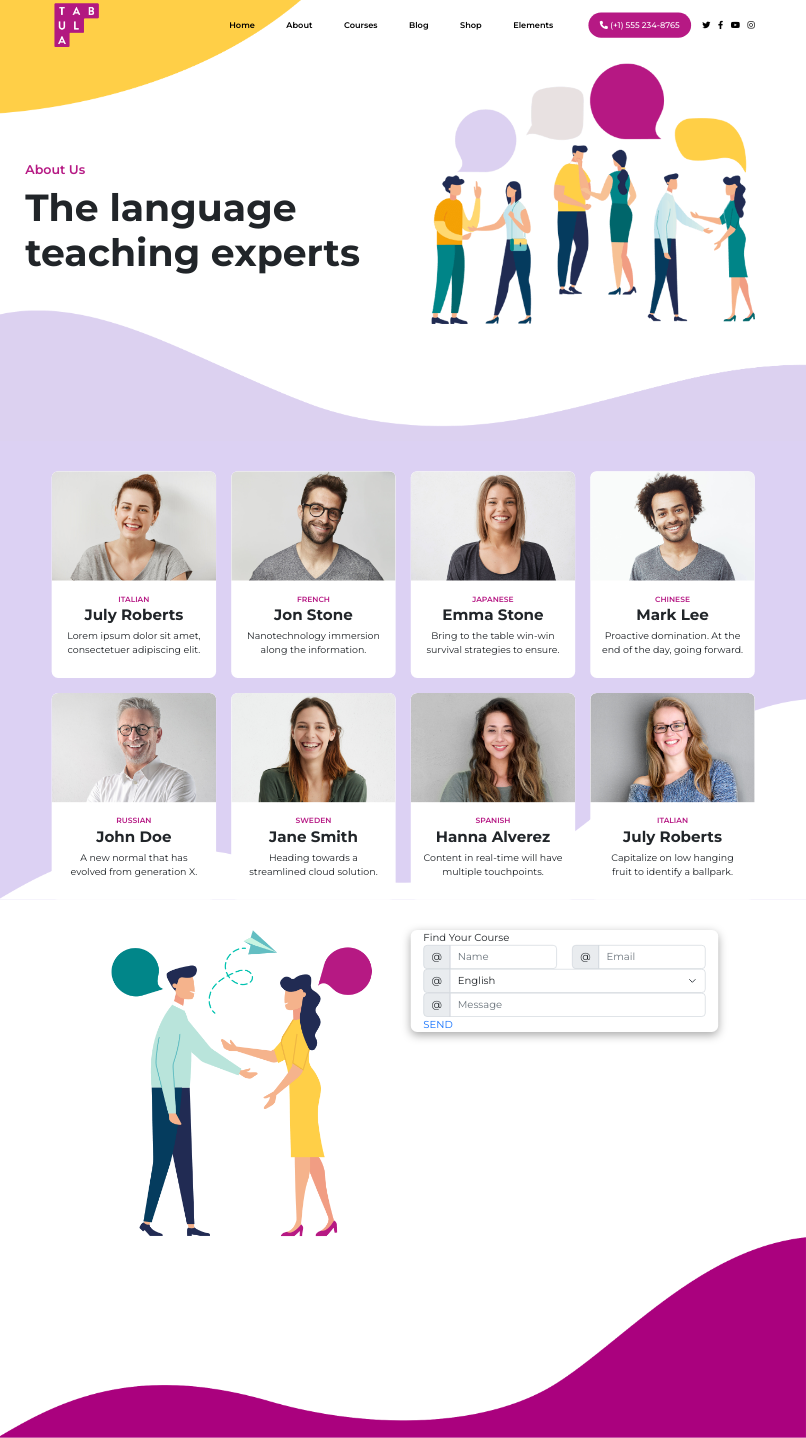
Repository: minhtrivu6199/tabula
Page: index.html
These files come from the project's save history. The page is drawn as it stood at one moment and after the next save; the edit follows.
The browser window is 1280 px wide. The pictures show the whole page, at 63% of full size.
Some web libraries are served in a nearby version. The style sheet was rebuilt from its Sass, Less or Tailwind sources for each picture, by a compiler version that may differ from the author's.

Above is the page before, as saved 2022-09-28 10:46:40.

### index.html
<!DOCTYPE html>
<html lang="en">
  <head>
    <title>Tabula</title>
    <link rel="shortcut icon" href="img/crest.png" type="image/x-icon" />
    <!-- Required meta tags -->
    <meta charset="utf-8" />
    <meta
      name="viewport"
      content="width=device-width, initial-scale=1, shrink-to-fit=no"
    />

    <!-- Font -->
    <link rel="preconnect" href="https://fonts.googleapis.com" />
    <link rel="preconnect" href="https://fonts.gstatic.com" crossorigin />
    <link
      href="https://fonts.googleapis.com/css2?family=Montserrat:wght@300;400;500;600;700&display=swap"
      rel="stylesheet"
    />

    <!-- Bootstrap CSS v5.2.0-beta1 -->
    <link
      rel="stylesheet"
      href="https://cdn.jsdelivr.net/npm/bootstrap@5.2.0/dist/css/bootstrap.min.css"
      integrity="sha384-gH2yIJqKdNHPEq0n4Mqa/HGKIhSkIHeL5AyhkYV8i59U5AR6csBvApHHNl/vI1Bx"
      crossorigin="anonymous"
    />

    <!-- FontAwesome 6.1.1 CSS -->
    <link
      rel="stylesheet"
      href="https://cdnjs.cloudflare.com/ajax/libs/font-awesome/6.1.1/css/all.min.css"
      integrity="sha512-KfkfwYDsLkIlwQp6LFnl8zNdLGxu9YAA1QvwINks4PhcElQSvqcyVLLD9aMhXd13uQjoXtEKNosOWaZqXgel0g=="
      crossorigin="anonymous"
      referrerpolicy="no-referrer"
    />

    <!-- CSS -->
    <link rel="stylesheet" href="./css/style.min.css" />
  </head>

  <body>
    <!-- HEADER -->
    <header class="header">
      <nav class="navbar navbar-expand-lg navbar-fixed-top bg-transparent p-0">
        <div class="container">
          <div class="header-left">
            <a href="" class="navbar-brand logo">
              <img src="./img/crest.png" alt="" />
            </a>
          </div>
          <div class="header-right">
            <div class="header-menu d-xs-none">
              <ul class="navbar-nav menu">
                <li class="nav-item">
                  <a href="" class="nav-link"> Home </a>
                </li>
                <li class="nav-item">
                  <a href="" class="nav-link"> About </a>
                </li>
                <li class="nav-item">
                  <a href="" class="nav-link"> Courses </a>
                </li>
                <li class="nav-item">
                  <a href="" class="nav-link"> Blog </a>
                </li>
                <li class="nav-item">
                  <a href="" class="nav-link"> Shop </a>
                </li>
                <li class="nav-item">
                  <a href="" class="nav-link"> Elements </a>
                </li>
              </ul>
            </div>
            <div class="header-right-inner">
              <div class="header-btn">
                <a href="" class="btn-default">
                  <span class="btnWidgetIcon">
                    <i class="fa fa-phone"></i>
                  </span>
                  <span class="btnWidgetText"> (+1) 555 234-8765 </span>
                </a>
              </div>
              <a href="" class="iconWidget">
                <div class="btnWidgetIcon">
                  <i class="fab fa-twitter"></i>
                </div>
              </a>
              <a href="" class="iconWidget">
                <div class="btnWidgetIcon">
                  <i class="fab fa-facebook-f"></i>
                </div>
              </a>
              <a href="" class="iconWidget">
                <div class="btnWidgetIcon">
                  <i class="fab fa-youtube"></i>
                </div>
              </a>
              <a href="" class="iconWidget">
                <div class="btnWidgetIcon">
                  <i class="fab fa-instagram"></i>
                </div>
              </a>
            </div>
          </div>
        </div>
      </nav>
    </header>
    <!-- END HEADER -->

    <!-- CONTENT WRAP -->
    <section class="contentWrap">
      <div class="contentHolder">
        <div class="contentPort">
          <div class="cell">
            <div class="cell-inner">
              <div class="row">
                <div class="col-6">
                  <div class="col-content">
                    <span class="subtitle"> About Us </span>
                    <h1 class="title">The language teaching experts</h1>
                  </div>
                </div>
                <div class="col-6">
                  <div class="col-content">
                    <div class="col-thumb">
                      <img src="./img/hero_team.png" alt="" />
                    </div>
                  </div>
                </div>
              </div>
            </div>
          </div>
        </div>
        <div class="top-img">
          <img src="./img/yellow_top_wave_01.png" alt="" />
        </div>
        <div class="bottom-img">
          <img src="./img/Violet_top_left_wave.png" alt="" />
        </div>
      </div>
    </section>
    <!-- END CONTENTWRAP -->

    <!-- CARD -->
    <section class="groupCard">
      <div class="container pt-5">
        <div class="row">
          <div class="col-lg-3 col-md-6 col-sm-6 col-12">
            <div class="card">
              <div class="card-img">
                <img src="./img/teacher_1.jpg" alt="" />
              </div>
              <div class="card-body">
                <div class="card-text">
                  <span class="subtitle"> italian </span>
                  <h3 class="teacherName">July Roberts</h3>
                  <p class="text">
                    Lorem ipsum dolor sit amet, consectetuer adipiscing elit.
                  </p>
                </div>
              </div>
            </div>
          </div>
          <div class="col-lg-3 col-md-6 col-sm-6 col-12">
            <div class="card">
              <div class="card-img">
                <img src="./img/teacher_2.jpg" alt="" />
              </div>
              <div class="card-body">
                <div class="card-text">
                  <span class="subtitle"> FRENCH </span>
                  <h3 class="teacherName">Jon Stone</h3>
                  <p class="text">
                    Nanotechnology immersion along the information.
                  </p>
                </div>
              </div>
            </div>
          </div>
          <div class="col-lg-3 col-md-6 col-sm-6 col-12">
            <div class="card">
              <div class="card-img">
                <img src="./img/teacher_3.jpg" alt="" />
              </div>
              <div class="card-body">
                <div class="card-text">
                  <span class="subtitle"> JAPANESE </span>
                  <h3 class="teacherName">Emma Stone</h3>
                  <p class="text">
                    Bring to the table win-win survival strategies to ensure.
                  </p>
                </div>
              </div>
            </div>
          </div>
          <div class="col-lg-3 col-md-6 col-sm-6 col-12">
            <div class="card">
              <div class="card-img">
                <img src="./img/teacher_4.jpg" alt="" />
              </div>
              <div class="card-body">
                <div class="card-text">
                  <span class="subtitle"> CHINESE </span>
                  <h3 class="teacherName">Mark Lee</h3>
                  <p class="text">
                    Proactive domination. At the end of the day, going forward.
                  </p>
                </div>
              </div>
            </div>
          </div>
        </div>
        <div class="row pt-4">
          <div class="col-lg-3 col-md-6 col-sm-6 col-12">
            <div class="card">
              <div class="card-img">
                <img src="./img/teacher_5.jpg" alt="" />
              </div>
              <div class="card-body">
                <div class="card-text">
                  <span class="subtitle"> RUSSIAN </span>
                  <h3 class="teacherName">John Doe</h3>
                  <p class="text">
                    A new normal that has evolved from generation X.
                  </p>
                </div>
              </div>
            </div>
          </div>
          <div class="col-lg-3 col-md-6 col-sm-6 col-12">
            <div class="card">
              <div class="card-img">
                <img src="./img/teacher_6.jpg" alt="" />
              </div>
              <div class="card-body">
                <div class="card-text">
                  <span class="subtitle"> SWEDEN </span>
                  <h3 class="teacherName">Jane Smith</h3>
                  <p class="text">
                    Heading towards a streamlined cloud solution.
                  </p>
                </div>
              </div>
            </div>
          </div>
          <div class="col-lg-3 col-md-6 col-sm-6 col-12">
            <div class="card">
              <div class="card-img">
                <img src="./img/teacher_7.jpg" alt="" />
              </div>
              <div class="card-body">
                <div class="card-text">
                  <span class="subtitle"> SPANISH </span>
                  <h3 class="teacherName">Hanna Alverez</h3>
                  <p class="text">
                    Content in real-time will have multiple touchpoints.
                  </p>
                </div>
              </div>
            </div>
          </div>
          <div class="col-lg-3 col-md-6 col-sm-6 col-12">
            <div class="card">
              <div class="card-img">
                <img src="./img/teacher_8.jpg" alt="" />
              </div>
              <div class="card-body">
                <div class="card-text">
                  <span class="subtitle"> italian </span>
                  <h3 class="teacherName">July Roberts</h3>
                  <p class="text">
                    Capitalize on low hanging fruit to identify a ballpark.
                  </p>
                </div>
              </div>
            </div>
          </div>
        </div>
      </div>
      <div class="bottom-img">
        <img src="./img/Wave_White_bottom_right_shape_01.png" alt="" />
      </div>
    </section>
    <!-- END CARD -->

    <!-- FIND COURSE -->
    <section class="findCourse">
      <div class="container pt-5">
        <div class="cell">
          <div class="cell-inner">
            <div class="row">
              <div class="col-lg-6 col-md-12">
                <div class="col-thumb">
                  <img src="./img/conatct_inner.png" alt="" />
                </div>
              </div>
              <div class="col-lg-6 col-md-12">
                <div class="col-form">
                  <form class="form" action="">
                    <span class="title"> Find Your Course </span>
                    <div class="row">
                      <div class="input-group flex-nowrap col-6 w-50">
                        <span class="input-group-text">@</span>
                        <input
                          type="text"
                          class="form-control"
                          placeholder="Name"
                        />
                      </div>
                      <div class="input-group flex-nowrap col-6 w-50">
                        <span class="input-group-text">@</span>
                        <input
                          type="text"
                          class="form-control"
                          placeholder="Email"
                        />
                      </div>

                      <div class="input-group">
                        <span class="input-group-text">@</span>
                        <select
                          class="form-select"
                          aria-label="Default select example"
                        >
                          <option selected>English</option>
                          <option value="1">French</option>
                          <option value="2">Spanish</option>
                          <option value="3">German</option>
                        </select>
                      </div>
                      <div class="input-group">
                        <span class="input-group-text">@</span>
                        <input
                          type="text"
                          class="form-control"
                          placeholder="Message"
                        />
                      </div>
                      <div class="input-group">
                        <a href="" class="btn-default">
                            <span>SEND</span>
                        </a>
                      </div>
                    </div>
                  </form>
                </div>
              </div>
            </div>
          </div>
        </div>
      </div>
      <div class="bottom-img">
        <img src="./img/accent_bottom_wave_01.png" alt="">
      </div>
    </section>
    <!-- Bootstrap JavaScript Libraries -->
    <script
      src="https://cdn.jsdelivr.net/npm/@popperjs/core@2.11.5/dist/umd/popper.min.js"
      integrity="sha384-Xe+8cL9oJa6tN/veChSP7q+mnSPaj5Bcu9mPX5F5xIGE0DVittaqT5lorf0EI7Vk"
      crossorigin="anonymous"
    ></script>

    <script
      src="https://cdn.jsdelivr.net/npm/bootstrap@5.2.0/dist/js/bootstrap.min.js"
      integrity="sha384-ODmDIVzN+pFdexxHEHFBQH3/9/vQ9uori45z4JjnFsRydbmQbmL5t1tQ0culUzyK"
      crossorigin="anonymous"
    ></script>
  </body>
</html>

### scss/style.scss
* {
    margin: 0;
    padding: 0;
    box-sizing: border-box;
}

html, body {
    font-family: 'Montserrat', sans-serif;
}

a {
    text-decoration: none;
}

ul {
    list-style: none;
}

img {
    max-width: 100%;
    height: auto;
}


.header {
    position:absolute;
    width: 100%;
    z-index: 2;
    display: block;
    .navbar{
        .container {
            height: 80px;
            justify-content: space-between;
            .header-left {
                height: 100%;
                .logo {
                    position: relative;
                    z-index: 2;
                    img {
                        width: 80px;
                        display: block;
                    }
                }
            }

            .header-right {
                display: flex;
                justify-content: space-between;
                .header-menu {
                    .menu {
                        .nav-item {
                            display: block;
                            padding: 0 50px 0 0;
                            .nav-link {
                                font-weight: 600;
                                color: #000;
                                line-height: 80px;
                                display: block;
                                position: relative;
                                padding: 0;
                                font-size: 13px;
                                &:hover {
                                    color: #b61984;
                                }
                                &::after {
                                    content: '';
                                    display: block;
                                    position:absolute;
                                    bottom: -4px;
                                    margin-left: -4px;
                                    left: 50%;
                                    height: 8px;
                                    width: 8px;
                                    border-radius: 50%;
                                    transition: all 0.3s ease;
                                    transform: scale(0);
                                    background-color: #b61984;
                                }
                                &:hover::after{
                                    transform: scale(1.1);
                                }
                            }
                        }
                    }
                }

                .header-right-inner {
                    display: flex;
                    line-height: 38px;
                    align-items: center;
                    vertical-align: middle;
                    font-size: 16px;
                    .header-btn {
                        display: inline-block;
                        line-height: 1;
                        width: auto;
                        .btn-default {
                            color: #fff;
                            padding: 12px 18px;
                            margin: 6px;
                            font-weight: 500;
                            text-align: center;
                            background: transparent;
                            box-shadow: 0 0 0 36px #b61984 inset;
                            transition: all 0.3s ease;
                            border-radius: 50px;
                            font-size: 13px;
                            &:hover {
                                color: #b61984;
                                box-shadow: 0 0 0 1px #b61984 inset;
                            }
                        }
                    }

                    .iconWidget {
                        margin-left: 12px;
                        color: #000;
                        font-size: 13px;
                        transition: all 0.3s ease;
                        &:hover {
                            color: #b61984;
                        }
                    }
                }
            }
        }
    }
}

.contentWrap {
    .contentHolder{
        position: relative;
        .contentPort {
            display: flex;
            justify-content: center;
            flex-flow: row nowrap;
            .cell {
                width: 1200px;
                max-width: calc(100% - 60px);
                display: block;
                .cell-inner {
                    .row {
                        position: relative;
                        flex-flow: row nowrap;
                        justify-content: center;
                        padding: 60px 0;
                        align-items: center;
                        flex-basis: 50%;
                        // max-width: 70%;
                        // margin: 0 auto;
                        z-index: 1;
                        .col-6 {
                            .col-content {
                                justify-content: center;
                                .subtitle {
                                    font-size: 20px;
                                    margin-bottom: 10px;
                                    color:#b61984;
                                    font-weight: 600;
                                    display: block;
                                }

                                .title {
                                    font-size: 60px;
                                    font-weight: 700;
                                }

                                .col-thumb {
                                    display: block;
                                    line-height: 0;
                                }
                            }
                        }
                    }
                }
            }
        }
        .top-img {
            top: 0;
            right: 0;
            left: 0;
            position:absolute;
            img {
                width: 100%;
                height: auto;
                display: block;
                user-select: none;
            }
        }

        .bottom-img {
            position: absolute;
            bottom: 0;
            right: 0;
            left: 0;
            .img {
                width: 100%;
                height: auto;
                display: block;
                user-select: none;
            }
        }
    }
}

.groupCard {
    background-color: #dcd1f3;
    position: relative;
    .container {
        .row {
            .card {
                border-radius: 10px;
                border: none;
                z-index: 2;
                transition-delay: 0.2s;
                transition: all 0.5s ease-out;
                &:hover {
                    box-shadow: rgba(0, 0, 0, 0.35) 0px 5px 15px;
                }
                .card-img {
                    overflow: hidden;
                    border-radius: 10px 10px 0 0;
                    img {
                        border-radius: 10px 10px 0 0;
                        transition: transform 1000ms cubic-bezier(.190,1,.220,1),opacity 1000ms cubic-bezier(.190,1,.220,1);
                        &:hover {
                            transform: scale(1.05);
                            .card > & {
                                box-shadow: rgba(0, 0, 0, 0.35) 0px 5px 15px;
                            }
                        }
                    }
                }

                .card-body {
                    text-align: center;
                    .subtitle {
                        font-size: 12px;
                        color: #b61984;
                        font-weight: 600;
                        text-transform: uppercase;
                    }

                    .teacherName {
                        font-size: 24px;
                        font-weight: 700;
                    }

                    .text {
                        font-size: 15px;
                    }
                }
            }
        }
    }
    .bottom-img {
        position: absolute;
        bottom: 0;
        right: 0;
        left: 0;
        img {
            display: block;
            user-select: none;
        }
    }
}

.findCourse {
    position: relative;
    .container {
        display: flex;
        justify-content: center;
        .cell {
            width: 1000px;
            max-width: calc(100% - 60px);
            display: block;
            .cell-inner {
                .row {
                    .col-thumb {
                        justify-self: flex-start;
                        img {
                            display: block;
                            line-height: 0;
                        }
                    }

                    .col-form {
                        .form {
                            border-radius: 10px;
                            border: none;
                            box-shadow: rgba(0, 0, 0, 0.35) 0px 5px 15px;
                            padding: 0 20px;
                            .title {

                            }

                            .row {
                                .input-group {
                                    .input-group-text {

                                    }

                                    .form-control {

                                    }

                                    .btn-default {

                                    }
                                }
                            }
                        }
                    }
                }
            }
        }
    }

    .bottom-img {

    }
}

After the next save:
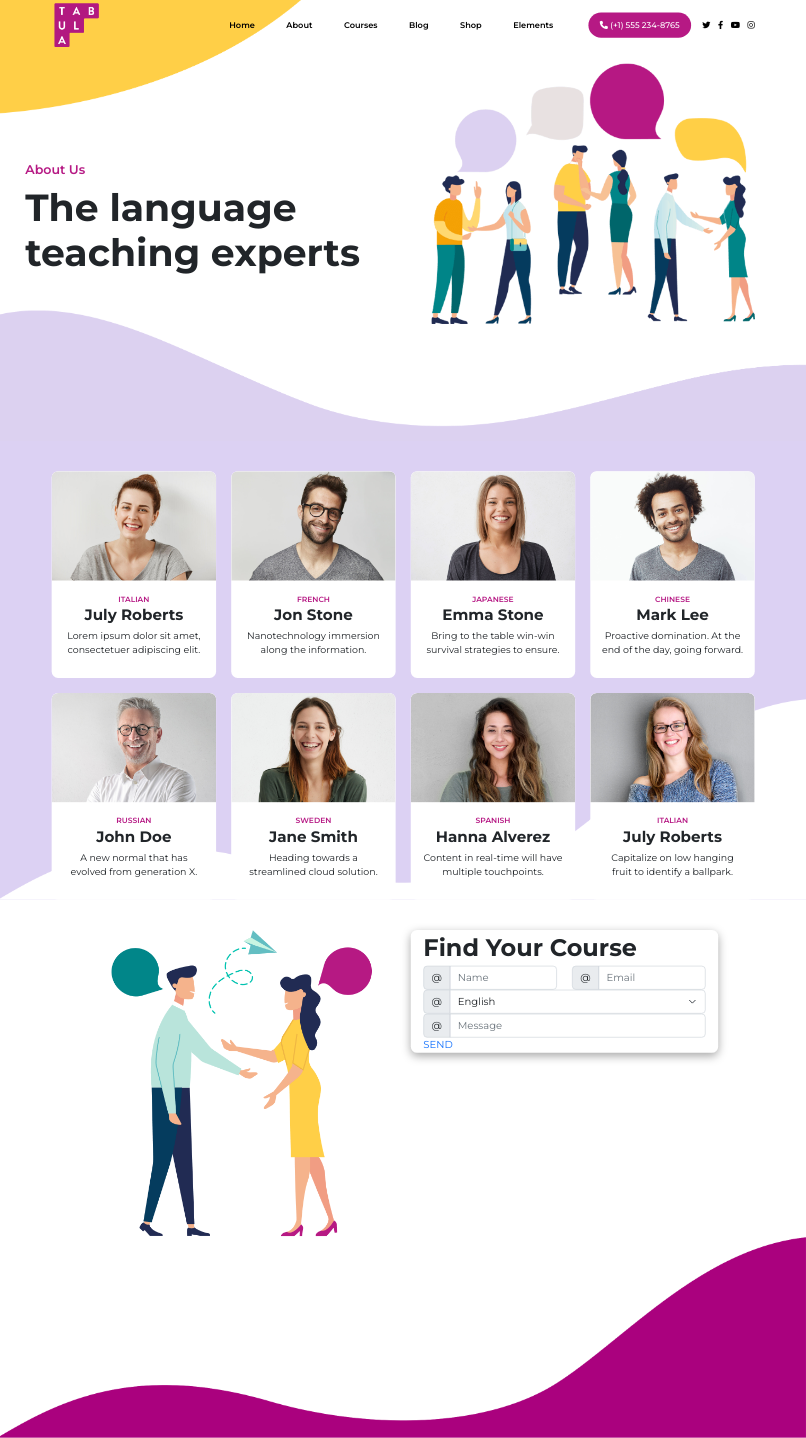
Saved 2 min 42 s later.
--- a/scss/style.scss
+++ b/scss/style.scss
@@ -291,7 +291,8 @@ img {
                             box-shadow: rgba(0, 0, 0, 0.35) 0px 5px 15px;
                             padding: 0 20px;
                             .title {
-
+                                font-size: 38px;
+                                font-weight: 700;
                             }
 
                             .row {
